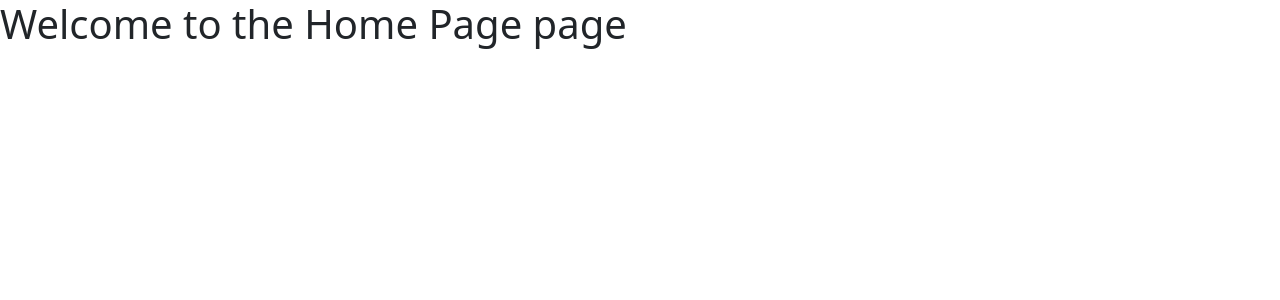
Repository: Survey-Wizard/SurveyWizard
Page: http://localhost/home
An editor plug-in stored every save of this project. The page is shown before and after a run of saves, followed by the edit.
The browser window is 1280 px wide. The pictures show the whole page.
The page is served by the project's Node server (server.js). Other server files are loaded and not shown.

Above is the page before, as saved 2021-05-30 09:48:34.

### views/index.ejs
<!DOCTYPE html>
<html lang="en">
<head>
  <meta charset="UTF-8">
  <meta http-equiv="X-UA-Compatible" content="IE=edge">
  <meta name="viewport" content="width=device-width, initial-scale=1.0">
  <title><%= title %></title>
  <link rel='stylesheet' href='/bootstrap/dist/css/bootstrap.min.css' />
  <link rel='stylesheet' href='/@fortawesome/fontawesome-free/css/all.min.css' />
  <link rel='stylesheet' href='/Content/app.css' />

</head>
<body>
  <h1>Welcome to the <%= title %> page</h1>


  <script src="/jquery/dist/jquery.min.js"></script>
  <script src="/bootstrap/dist/css/bootstrap.min.js"></script>
  <script src="/Scripts/app.js"></script>

</body>
</html>

### server.js
#!/usr/bin/env node

/**
 * Module dependencies.
 */

var app = require('./app');
var debug = require('debug')('assignment-1-portfolio:server');
var http = require('http');

/**
 * Get port from environment and store in Express.
 */

var port = normalizePort(process.env.PORT || '3000');
app.set('port', port);

/**
 * Create HTTP server.
 */

var server = http.createServer(app);

/**
 * Listen on provided port, on all network interfaces.
 */

server.listen(port);
server.on('error', onError);
server.on('listening', onListening);

/**
 * Normalize a port into a number, string, or false.
 */

function normalizePort(val) {
  var port = parseInt(val, 10);

  if (isNaN(port)) {
    // named pipe
    return val;
  }

  if (port >= 0) {
    // port number
    return port;
  }

  return false;
}

/**
 * Event listener for HTTP server "error" event.
 */

function onError(error) {
  if (error.syscall !== 'listen') {
    throw error;
  }

  var bind = typeof port === 'string'
    ? 'Pipe ' + port
    : 'Port ' + port;

  // handle specific listen errors with friendly messages
  switch (error.code) {
    case 'EACCES':
      console.error(bind + ' requires elevated privileges');
      process.exit(1);
      break;
    case 'EADDRINUSE':
      console.error(bind + ' is already in use');
      process.exit(1);
      break;
    default:
      throw error;
  }
}

/**
 * Event listener for HTTP server "listening" event.
 */

function onListening() {
  var addr = server.address();
  var bind = typeof addr === 'string'
    ? 'pipe ' + addr
    : 'port ' + addr.port;
  debug('Listening on ' + bind);
}

### routes/index.js
var express = require('express');
var router = express.Router();


/* GET home page. */
router.get('/', function(req, res, next) {
  res.render('index', { title: 'Home Page' });
});

/* GET home page. */
router.get('/home', function(req, res, next) {
  res.render('index', { title: 'Home Page' });
});

/* GET About page. */
router.get('/about', function(req, res, next) {
  res.render('index', { title: 'About' });
});

/* GET Projects page. */
router.get('/projects', function(req, res, next) {
  res.render('index', { title: 'Projects' });
});

/* GET Services page. */
router.get('/services', function(req, res, next) {
  res.render('index', { title: 'Services' });
});

/* GET Contact page. */
router.get('/contact', function(req, res, next) {
  res.render('index', { title: 'Contact Me' });
});



module.exports = router;

### app.js
let createError = require('http-errors');
let express = require('express');
let path = require('path');
let cookieParser = require('cookie-parser');
let logger = require('morgan');

let indexRouter = require('./routes/index');
let usersRouter = require('./routes/users');

let app = express();

// view engine setup
app.set('views', path.join(__dirname, 'views'));
app.set('view engine', 'ejs');

app.use(logger('dev'));
app.use(express.json());
app.use(express.urlencoded({ extended: false }));
app.use(cookieParser());
app.use(express.static(path.join(__dirname, 'public')));
app.use(express.static(path.join(__dirname, 'node_modules')));
app.use('/', indexRouter);
app.use('/users', usersRouter);

// catch 404 and forward to error handler
app.use(function(req, res, next) {
  next(createError(404));
});

// error handler
app.use(function(err, req, res, next) {
  // set locals, only providing error in development
  res.locals.message = err.message;
  res.locals.error = req.app.get('env') === 'development' ? err : {};

  // render the error page
  res.status(err.status || 500);
  res.render('error');
});

module.exports = app;

### public/Content/app.css
/* Custom css */

### public/Scripts/app.js
(function (){

    function Start ()
    {
        console.log("App Started...");

    }

    window.addEventListener("load", Start);

})();

After the next 3 saves:
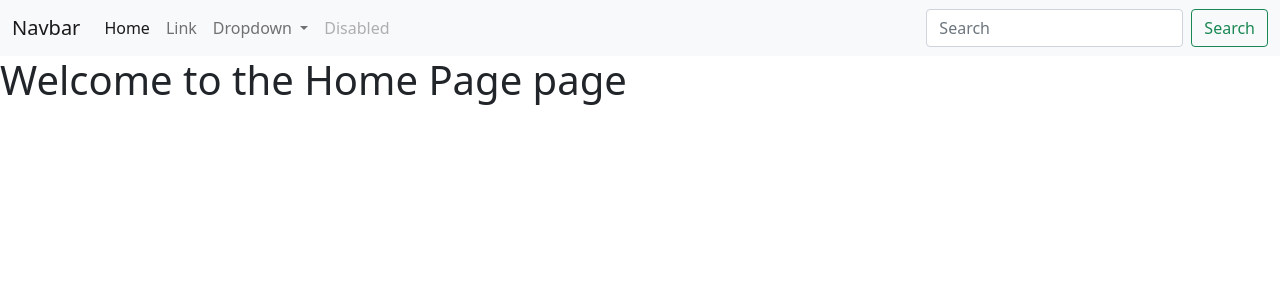
The 3 saves are shown as one change because they came seconds apart.
The last was saved 107 s later.
--- a/views/index.ejs
+++ b/views/index.ejs
@@ -11,6 +11,45 @@
 
 </head>
 <body>
+
+  <nav class="navbar navbar-expand-lg navbar-light bg-light">
+    <div class="container-fluid">
+      <a class="navbar-brand" href="#">Navbar</a>
+      <button class="navbar-toggler" type="button" data-bs-toggle="collapse" data-bs-target="#navbarSupportedContent" aria-controls="navbarSupportedContent" aria-expanded="false" aria-label="Toggle navigation">
+        <span class="navbar-toggler-icon"></span>
+      </button>
+      <div class="collapse navbar-collapse" id="navbarSupportedContent">
+        <ul class="navbar-nav me-auto mb-2 mb-lg-0">
+          <li class="nav-item">
+            <a class="nav-link active" aria-current="page" href="#">Home</a>
+          </li>
+          <li class="nav-item">
+            <a class="nav-link" href="#">Link</a>
+          </li>
+          <li class="nav-item dropdown">
+            <a class="nav-link dropdown-toggle" href="#" id="navbarDropdown" role="button" data-bs-toggle="dropdown" aria-expanded="false">
+              Dropdown
+            </a>
+            <ul class="dropdown-menu" aria-labelledby="navbarDropdown">
+              <li><a class="dropdown-item" href="#">Action</a></li>
+              <li><a class="dropdown-item" href="#">Another action</a></li>
+              <li><hr class="dropdown-divider"></li>
+              <li><a class="dropdown-item" href="#">Something else here</a></li>
+            </ul>
+          </li>
+          <li class="nav-item">
+            <a class="nav-link disabled" href="#" tabindex="-1" aria-disabled="true">Disabled</a>
+          </li>
+        </ul>
+        <form class="d-flex">
+          <input class="form-control me-2" type="search" placeholder="Search" aria-label="Search">
+          <button class="btn btn-outline-success" type="submit">Search</button>
+        </form>
+      </div>
+    </div>
+  </nav>
+
+
   <h1>Welcome to the <%= title %> page</h1>
 
 
